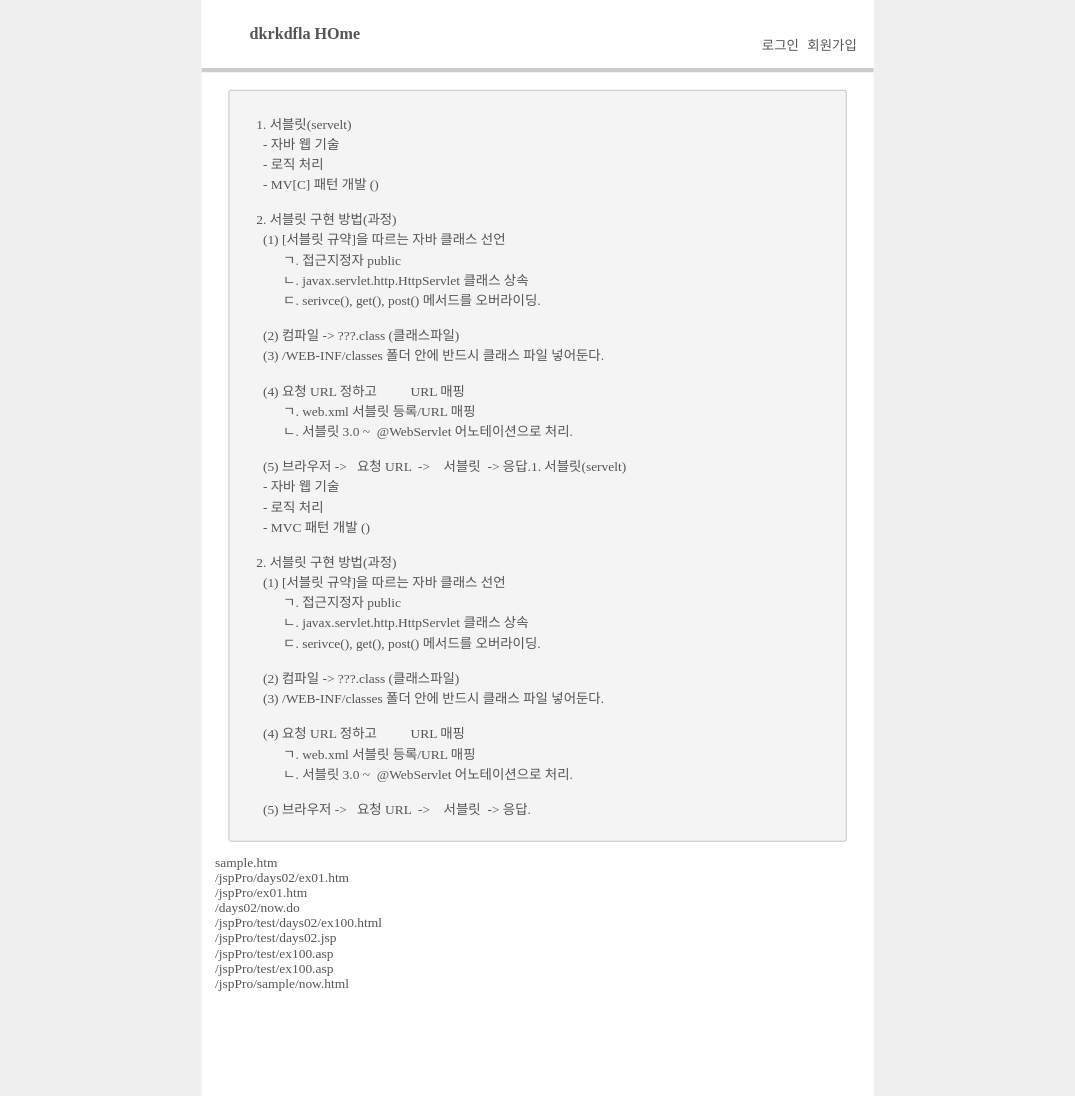
Repository: Dusajang/JSPClass
Page: http://localhost/jspPro/days02/ex03.jsp
The author's editor kept a copy of each file at every save. The page is drawn from the files as they stood at one save, then again after the next save.
The browser window is 1280 px wide. The pictures show the whole page, at 84% of full size.
Some web fonts or font styles are not loaded; a fallback is used. The page is served by Tomcat 9. Other server files are loaded and not shown.

Above is the page before, as saved 2024-10-16 07:38:53.

### jspPro/src/main/webapp/days02/ex03.jsp
<%@ page contentType="text/html; charset=UTF-8" pageEncoding="UTF-8"%>
<!DOCTYPE html>
<html>
<head>
<meta charset="UTF-8">
<title>Insert title here</title>
<link rel="shortcut icon" type="image/x-icon" href="http://localhost/jspPro/images/SiSt.ico">
<script src="https://ajax.googleapis.com/ajax/libs/jquery/3.7.1/jquery.min.js"></script>
<meta name="viewport" content="width=device-width, initial-scale=1.0">
<meta name="google" content="notranslate">
<link rel="stylesheet" href="http://localhost/jspPro/resources/cdn-main/example.css">
<script src="http://localhost/jspPro/resources/cdn-main/example.js"></script>
<style>
 span.material-symbols-outlined{
    vertical-align: text-bottom;
 }
</style>
</head>
<body>
<header>
  <h1 class="main"><a href="#" style="position: absolute;top:30px;">dkrkdfla HOme</a></h1>
  <ul>
    <li><a href="#">로그인</a></li>
    <li><a href="#">회원가입</a></li>
  </ul>
</header>
<div>
  <xmp class="code">
    1. 서블릿(servelt)
      - 자바 웹 기술
      - 로직 처리
      - MV[C] 패턴 개발 ()

    2. 서블릿 구현 방법(과정)
      (1) [서블릿 규약]을 따르는 자바 클래스 선언
            ㄱ. 접근지정자 public
            ㄴ. javax.servlet.http.HttpServlet 클래스 상속
            ㄷ. serivce(), get(), post() 메서드를 오버라이딩.

      (2) 컴파일 -> ???.class (클래스파일)
      (3) /WEB-INF/classes 폴더 안에 반드시 클래스 파일 넣어둔다.

      (4) 요청 URL 정하고          URL 매핑
            ㄱ. web.xml 서블릿 등록/URL 매핑
            ㄴ. 서블릿 3.0 ~  @WebServlet 어노테이션으로 처리.

      (5) 브라우저 ->   요청 URL  ->    서블릿  -> 응답.1. 서블릿(servelt)
      - 자바 웹 기술
      - 로직 처리
      - MVC 패턴 개발 ()

    2. 서블릿 구현 방법(과정)
      (1) [서블릿 규약]을 따르는 자바 클래스 선언
            ㄱ. 접근지정자 public
            ㄴ. javax.servlet.http.HttpServlet 클래스 상속
            ㄷ. serivce(), get(), post() 메서드를 오버라이딩.

      (2) 컴파일 -> ???.class (클래스파일)
      (3) /WEB-INF/classes 폴더 안에 반드시 클래스 파일 넣어둔다.

      (4) 요청 URL 정하고          URL 매핑
            ㄱ. web.xml 서블릿 등록/URL 매핑
            ㄴ. 서블릿 3.0 ~  @WebServlet 어노테이션으로 처리.

      (5) 브라우저 ->   요청 URL  ->    서블릿  -> 응답.
  </xmp>

  <a href="sample.htm">sample.htm</a><br>
<a href="/jspPro/days02/ex01.htm">/jspPro/days02/ex01.htm</a><br>
<a href="/jspPro/ex01.htm">/jspPro/ex01.htm</a><br>

<a href="/jspPro/days02/now.do">/days02/now.do</a><br>

<!-- <url-pattern>/test/*</url-pattern> -->
<a href="/jspPro/test/days02/ex100.html">/jspPro/test/days02/ex100.html</a><br>
<a href="/jspPro/test/days02.jsp">/jspPro/test/days02.jsp</a><br>
<a href="/jspPro/test/ex100.asp">/jspPro/test/ex100.asp</a><br>
<a href="/jspPro/test/ex100.asp">/jspPro/test/ex100.asp</a><br>

<a href="/jspPro/sample/now.html">/jspPro/sample/now.html</a><br>

<!-- [차이점]
  <url-pattern>/</url-pattern>
  <url-pattern>/*</url-pattern>
  -->

</div>
</body>
</html>

### jspPro/src/main/webapp/resources/cdn-main/example.css
@charset "UTF-8";

@import url('https://fonts.googleapis.com/css2?family=Material+Symbols+Outlined:opsz,wght,FILL,GRAD@20..48,100..700,0..1,-50..200');

@font-face {
    font-family: 'GmarketSansMedium';
    src: url('https://cdn.jsdelivr.net/gh/projectnoonnu/noonfonts_2001@1.1/GmarketSansMedium.woff') format('woff');
    font-weight: normal;
    font-style: normal;
}

:root {
	--text-color: #555;
	--sub-text-color: #777;
	--back-color: #EFEFEF;
	--header-color: #444;
	--primary-color: #DEDEDE;
	--secondary-color: #EFEFEF;
	--default-width: 800px;
	--narrow-width: 500px;
	--wide-width: 1200px;
	--text-font: 'GmarketSansMedium';
	--icon-font: 'Material Symbols Outlined';
	--border-color: #CCC;
}

html, body {
	margin: 0;
	padding: 0;
}

html {
	background-color: var(--back-color);
	display: flex;
	justify-content: center;
	min-height: 100vh;
}

body, body.default {
	width: var(--default-width);
	background-color: white;
	padding-bottom: 120px;
}

body.wide {
	width: var(--wide-width);
}

body.narrow {
	width: var(--narrow-width);
}



body, p, div, span, a, input, select, option, textarea, button, table, th, td, label, fieldset, legend {
	font-family: var(--text-font);
	color: var(--text-color);
}

h1, h2, h3 {
	font-family: var(--text-font);
	color: var(--header-color);
	padding: 0 1rem;
	padding-top: .5rem;
}

div > h1, div > h2, div > h3 {
	padding: 0;
}

body > div, body > main > div {
	padding: 0.3rem 1rem;
}


h1 { font-size: 2rem; border-bottom: 1px solid var(--border-color); }
h1 small { font-size: 1.2rem; color: var(--sub-text-color); }
h2 { font-size: 1.5rem; border-bottom: 1px dashed var(--border-color); }
h2 small { font-size: 1.1rem; color: --sub-text-color; }
h3 { font-size: 1.2rem; }
h3 small { font-size: 1rem; color: --sub-text-color; }



h1.main::before {
	font-family: var(--icon-font);
  	content: '\e666';
  	margin-right: 10px;
  	float: left;
	font-size: 2.5rem;
}

h1.sub::before {
	font-family: var(--icon-font);
  	content: '\ea19';
  	margin-right: 10px;
  	float: left;
	font-size: 2.5rem;
}


h1.page::before {
	font-family: var(--icon-font);
  	content: '\e0e0';
  	margin-right: 10px;
  	float: left;
	font-size: 2.5rem;
}

body > header > ul > li > .active{
	background-color: #FFF;
	color:#F00;
}

body > header {
	display: flex;
	justify-content: space-between;
	border-bottom: 5px solid var(--border-color);
	min-height: 74px;
	background-color: #FFF;
}

body > header.sticky {
	position: sticky;
	top: 0;
	z-index: 98;
}

body > header > h1 {
	font-size: 1.2rem;
	border: 0;
}

body > header.in > h1::before {
	font-family: var(--icon-font);
  	content: '\e332‥';
  	margin-right: 3px;
  	float: left;
	font-size: 2rem;
}


body > header > ul {
	list-style-type: none;
	display: flex;
	align-items: flex-end;
	margin-right: 10px;
}

body > header > ul > li {
	margin-right: 10px;
	cursor: pointer;
}

body > header > ul > li > a {
	cursor: pointer;
}


form {
	display: block;
}

form > div {
	padding: 0.3rem 1rem;
}

div > form > div {
	padding: 0.3rem 0;
}

input, textarea, button, select {
	border: 1px solid #BBB;
	border-radius: 3px;
	outline: none;
	resize: none;
	padding: 7px;
	margin: 0;
}

input[type=text]:read-only, textarea:read-only {
	cursor: not-allowed;
	background-color: #FFF;
}

input[type=text]:disabled, textarea:disabled {
	cursor: not-allowed;
	background-color: #EEE;
}

input[type=text], input[type=password], textarea, button, select {
	/* width: 300px; */
}

textarea {
	display: block;
	height: 100px;
}

input[type=button], input[type=submit], button {
	/* width: inherit; */
}

input.short, textarea.short, button.short, select.short {
	width: 100px;
}

input.long, textarea.long, button.long, select.long {
	width: 350px;
}

.narrow input.long, .narrow textarea.long, .narrow button.long, .narrow select.long {
	width: calc(100% - 20px);
}

input.full, textarea.full, button.full, select.full {
	width: calc(100% - 20px);
}

textarea.short {
	height: 50px;
}

textarea.long {
	height: 100px;
}

textarea.full {
	height: 200px;
}

input, textarea {
	padding-top: 8px;
}

input[type=button], input[type=submit], button {
	padding: 5px 10px;
	background-color: var(--secondary-color);
	cursor: pointer;
	min-height: 36px;
}

input[type=button].primary, input[type=submit].primary, button.primary {
	/* background-color: rgba(100, 149, 237, .2); */
	background-color: var(--primary-color);
}

input[type=button].primary:hover, input[type=submit].primary:hover, button.primary:hover {
	/* background-color: rgba(100, 149, 237, .3); */
	background-color: var(--secondary-color);
}

input[type=button]:hover, input[type=submit]:hover, button:hover {
	background-color: var(--primary-color);
}

button {
	position: relative;
	left: 0;
	top: 0;
	padding-left: 35px;
}

button .material-symbols-outlined {
	position: absolute;
	left: 10px;
	top: 4px;
}

/* k2nik add */
button.login::before {
	font-family: var(--icon-font);
  	content: '\ea77';
	position: absolute;
	left: 11px;
	top: 4px;
	font-size: 1.25rem;
}

/* k2nik logout */
button.logout::before {
	font-family: var(--icon-font);
  	content: '\e9ba';
	position: absolute;
	left: 11px;
	top: 4px;
	font-size: 1.25rem;
}

/* k2nik help */
button.help::before {
	font-family: var(--icon-font);
  	content: '\f1c0';
	position: absolute;
	left: 11px;
	top: 4px;
	font-size: 1.25rem;
}

button.add::before{
	font-family: var(--icon-font);
  	content: '\e746';
	position: absolute;
	left: 11px;
	top: 4px;
	font-size: 1.25rem;
}

button.back::before {
	font-family: var(--icon-font);
  	content: '\e166';
	position: absolute;
	left: 11px;
	top: 4px;
	font-size: 1.25rem;
}

button.list::before {
	font-family: var(--icon-font);
  	content: '\e0ee';
	position: absolute;
	left: 11px;
	top: 4px;
	font-size: 1.25rem;
}


button.del::before {
	font-family: var(--icon-font);
  	content: '\e872';
	position: absolute;
	left: 11px;
	top: 4px;
	font-size: 1.25rem;
}


button.edit::before {
	font-family: var(--icon-font);
  	content: '\e745';
	position: absolute;
	left: 11px;
	top: 4px;
	font-size: 1.25rem;
}


button.login::before {
	font-family: var(--icon-font);
  	content: '\ea77';
	position: absolute;
	left: 11px;
	top: 4px;
	font-size: 1.25rem;
}


button.logout::before {
	font-family: var(--icon-font);
  	content: '\e9ba';
	position: absolute;
	left: 11px;
	top: 4px;
	font-size: 1.25rem;
}


button.in::before {
	font-family: var(--icon-font);
  	content: '\f71a';
	position: absolute;
	left: 11px;
	top: 4px;
	font-size: 1.25rem;
}


button.out::before {
	font-family: var(--icon-font);
  	content: '\f70e';
	position: absolute;
	left: 11px;
	top: 4px;
	font-size: 1.25rem;
}


button.reply::before {
	font-family: var(--icon-font);
  	content: '\e15e';
	position: absolute;
	left: 11px;
	top: 4px;
	font-size: 1.25rem;
}


button.comment::before {
	font-family: var(--icon-font);
  	content: '\e0b9';
	position: absolute;
	left: 11px;
	top: 4px;
	font-size: 1.25rem;
}


button.modal::before {
	font-family: var(--icon-font);
  	content: '\e89e';
	position: absolute;
	left: 11px;
	top: 4px;
	font-size: 1.25rem;
}


button.ok::before {
	font-family: var(--icon-font);
  	content: '\e86c';
	position: absolute;
	left: 11px;
	top: 4px;
	font-size: 1.25rem;
}


button.cancel::before {
	font-family: var(--icon-font);
  	content: '\e5c9';
	position: absolute;
	left: 11px;
	top: 4px;
	font-size: 1.25rem;
}

button.search::before {
	font-family: var(--icon-font);
  	content: '\e8b6';
	position: absolute;
	left: 11px;
	top: 4px;
	font-size: 1.25rem;
}

button.home::before {
	font-family: var(--icon-font);
  	content: '\e88a';
	position: absolute;
	left: 11px;
	top: 4px;
	font-size: 1.25rem;
}


button.sidebar::before {
	font-family: var(--icon-font);
  	content: '\f7e4';
	position: absolute;
	left: 11px;
	top: 4px;
	font-size: 1.25rem;
}


button.sidebar-right::before {
	font-family: var(--icon-font);
  	content: '\f7e5';
	position: absolute;
	left: 11px;
	top: 4px;
	font-size: 1.25rem;
}




button::before {
	font-family: var(--icon-font);
  	content: '\e323';
	position: absolute;
	left: 11px;
	top: 4px;
	font-size: 1.25rem;
}


table {
	border-collapse: collapse;
	margin: 1rem;
	box-sizing: border-box;
	width: calc(100% - 32px);
}

table.content {
	width: auto;
}

div > table {
	margin: 0;
}

table th, table td {
	border: 1px solid var(--border-color);
	padding: 7px;
	font-weight: normal;
}

table th {
	background-color: var(--back-color);
}

table.vertical th {
	width: 150px;
}

table.vertical td {
	width: calc(100% - 182px);
	padding-left: 10px;
}

table.content td, table.content th {
	width: auto;
}

body.narrow table.vertical th {
	width: 100px;
}

body.narrow table.vertical td {
	width: calc(100% - 182px);
}


table + table {
	margin-top: 30px;
}


p {
	padding: 0 1rem;
}

a {
	text-decoration: none;
}

a:hover {
	color: rgba(255, 99, 71, .7);
}

hr {
	border: 0;
	border-top: 1px solid var(--border-color);
	margin: 2rem 0;
}

.message {
	border: 1px solid var(--border-color);
	background-color: #EFEFEF;
	margin: 1rem;
	width: auto;
	padding-top: 10px;
	padding-bottom: 10px;
	font-size: 14px;
}

.message[title]::before {
	content: attr(title);
	display: block;
	border-bottom: 1px solid var(--border-color);
	padding-bottom: 5px;
	margin-bottom: 10px;
	margin-top: 7px;
}

.message.short {
	max-width: 250px;
}

.message.long {
	max-width: 500px;
}

.badge {
	float: right;
	font-size: .8rem;
	margin-top: 2px;
	margin-right: 2px;
	text-shadow: 0 0 7px gray;
}

.badge.left {
	float: none;
	margin-left: 2px;
}

.badge.right {
	float: right;
}

.badge.red {
	border-radius: 50%;
	padding: 2px 5px;
	background-color: rgb(255, 99, 71, .3);
}

.badge.yellow {

	border-radius: 50%;
	padding: 2px 5px;
	background-color: rgb(255, 215, 0, .5);
}

.badge.blue {
	border-radius: 50%;
	padding: 2px 5px;
	background-color: rgb(100, 149, 237, .3);
}

label + label {
	margin-left: 7px;
}

label input[type=checkbox], label input[type=radio] {
	transform: translate(0, 1px);
}

.group {
	display: flex;
}

.modal-content .group {
	margin-bottom: .5rem;
}

.group label {
	border: 1px solid #BBB;
	border-radius: 3px;
	outline: none;
	resize: none;
	padding: 7px 14px;
	margin: 0;
	border-top-right-radius: 0;
	border-bottom-right-radius: 0;
	background-color: #EFEFEF;
	white-space: nowrap;
	font-size: 14px;
}

.group input[type=text] {
	margin-left: -1px;
	border-top-left-radius: 0;
	border-bottom-left-radius: 0;
}

.group select {
	margin-left: -1px;
	border-top-left-radius: 0;
	border-bottom-left-radius: 0;
}

.group input.full[type=text] {
	margin-left: -1px;
	border-top-left-radius: 0;
	border-bottom-left-radius: 0;
	width: 100%;
}

.group input[type=button]:first-child, .group button:first-child {
	border-top-left-radius: 3px;
	border-bottom-left-radius: 3px;
	margin-left: 0px;
}

.group input[type=button], .group button {
	border-radius: 0;
	margin-left: -1px;
}

.group input[type=button]:last-child, .group button:last-child {
	margin-left: -1px;
	border-top-right-radius: 3px;
	border-bottom-right-radius: 3px;
}

.seperate {
	display: flex;
	justify-content: space-between;
}

div.list {
	width: max-content;
	margin: 1rem;
	border: 1px solid #BBB;
	border-radius: 3px;
	padding: 0;
}

div.list.full {
	width: auto;
	display: block;
	margin: 1rem;
	border: 1px solid #BBB;
	border-radius: 3px;
	padding: 0;
}

div.list > div {
	padding: .5rem 1rem;
	margin: 0;
	border-bottom: 1px solid #BBB;
}

div.list > div:last-child {
	border-bottom: 0;
}

pre.code , xmp.code{
	font-family: consols;
	background-color: rgba(150, 150, 150, .1);
	border: 1px solid #BBB;
	border-radius: 3px;
	padding: .5rem 1rem;
	padding-bottom: .6rem;
	margin: 1rem;
}




*[data-modal-window] {
	position: fixed;
	background-color: rgba(0, 0, 0, .3);
	left: 0;
	top: 0;
	display: none;
	justify-content: center;
	align-items: flex-start;
	width: 100%;
	min-height: 100vh;
	z-index: 100;
	opacity: 0;
	transition: 500ms all;
}

*[data-modal-window] .modal-container {
	border-radius: 5px;
	padding: 1rem;
	padding-bottom: .5rem;
	margin-top: -500px;
	opacity: 0;
	width: 500px;
	background-color: #FFF;
	margin-right: 2rem;
	transition: 500ms all;
}

*[data-modal-size=content] .modal-container {
	width: auto;
}

*[data-modal-size=narrow] .modal-container {
	width: 300px;
}

*[data-modal-size=wide] .modal-container {
	width: 760px;
}


*[data-modal-window] .modal-header {
	border-bottom: 1px solid var(--border-color);
	padding: 2px 5px;
}

*[data-modal-window] .modal-content {
	padding: 1rem 5px;
}

*[data-modal-window] .modal-content div:last-child {
	margin-top: 1rem;
	text-align: right;
}



*[data-sidebar-window] {
	position: fixed;
	background-color: #FFF;
	left: 0;
	top: 0;
	display: block;
	width: 300px;
	border-right: 1px solid var(--border-color);
	box-sizing: border-box;
	box-shadow: 0 0 3px var(--back-color);
	min-height: 100vh;
	z-index: 99;
	transform: translate(-300px, 0);
	transition-duration: 500ms;
	transition-property: transform;
}

*[data-sidebar-direction=right] {
	left: auto;
	right: 0;
	transform: translate(300px, 0);
	border-left: 1px solid var(--border-color);
}

*[data-sidebar-size=wide] {
	width: 500px;
	transform: translate(-500px, 0);
}

*[data-sidebar-window] .sidebar-title {
	border-bottom: 1px solid var(--border-color);
	margin-top: 20px;
	margin-bottom: 20px;
	padding-bottom: 5px;
	display: flex;
	justify-content: space-between;
}

*[data-sidebar-window] .sidebar-title span:last-child {
	cursor: pointer;
}


/* K2Nik pagination */
.center {
  text-align: center;
}

.pagination {
  display: inline-block;
}

.pagination a {
  color: black;
  float: left;
  padding: 3px 6px;
  text-decoration: none;
  transition: background-color .3s;
  border: 1px solid #ddd;
  margin: 0 3px;
}

.pagination a.active {
  background-color: #4CAF50;
  color: white;
  border: 1px solid #4CAF50;
}

.pagination a:hover:not(.active) {background-color: #ddd;}

Loaded but not shown: jspPro/src/main/webapp/resources/cdn-main/example.js (141 lines, source omitted)

After the next save:
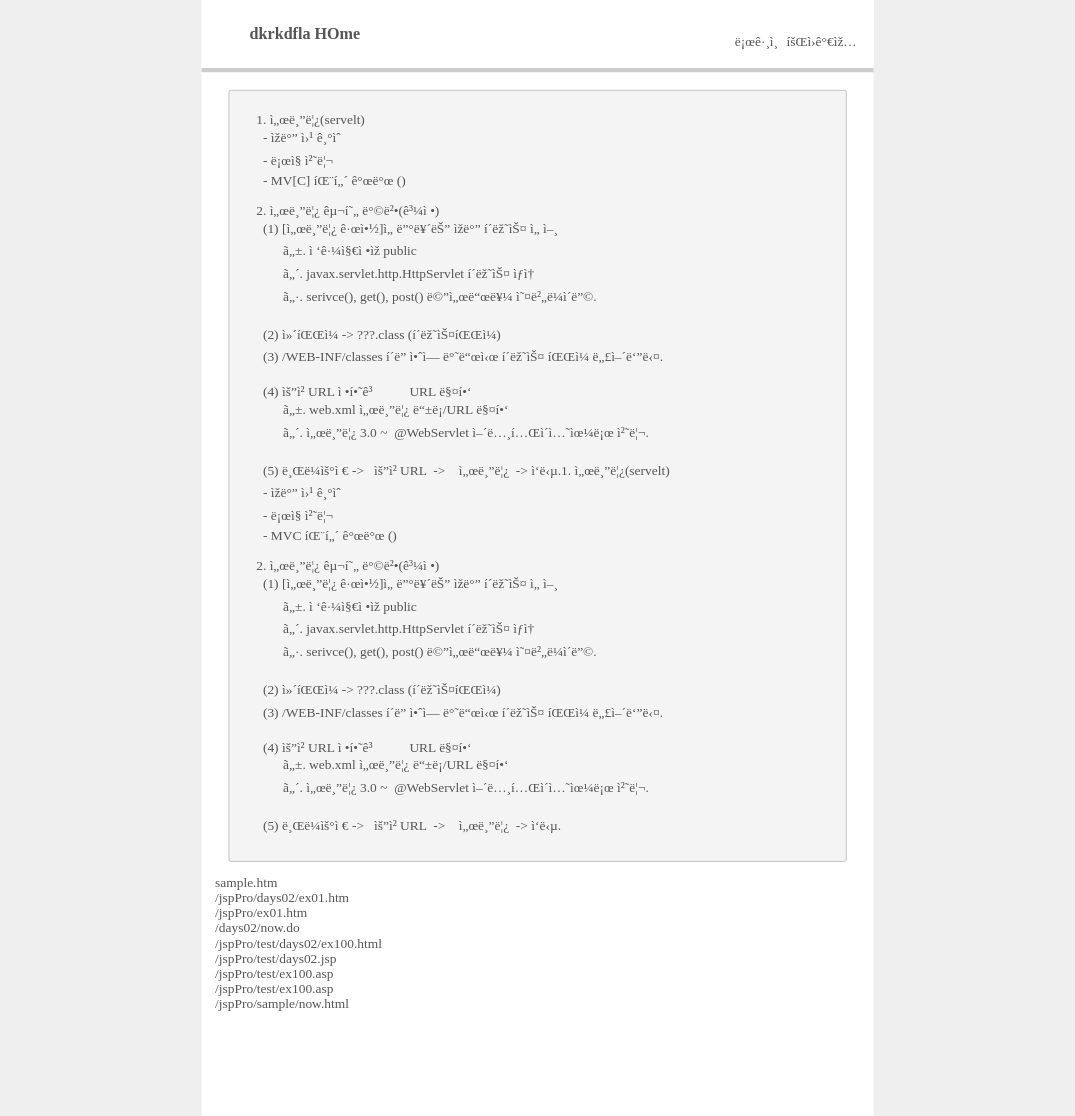
Saved 55 s later.
--- a/jspPro/src/main/webapp/days02/ex03.jsp
+++ b/jspPro/src/main/webapp/days02/ex03.jsp
@@ -1,4 +1,4 @@
-<%@ page contentType="text/html; charset=UTF-8" pageEncoding="UTF-8"%>
+<%@ page %>
 <!DOCTYPE html>
 <html>
 <head>

After the save that followed:
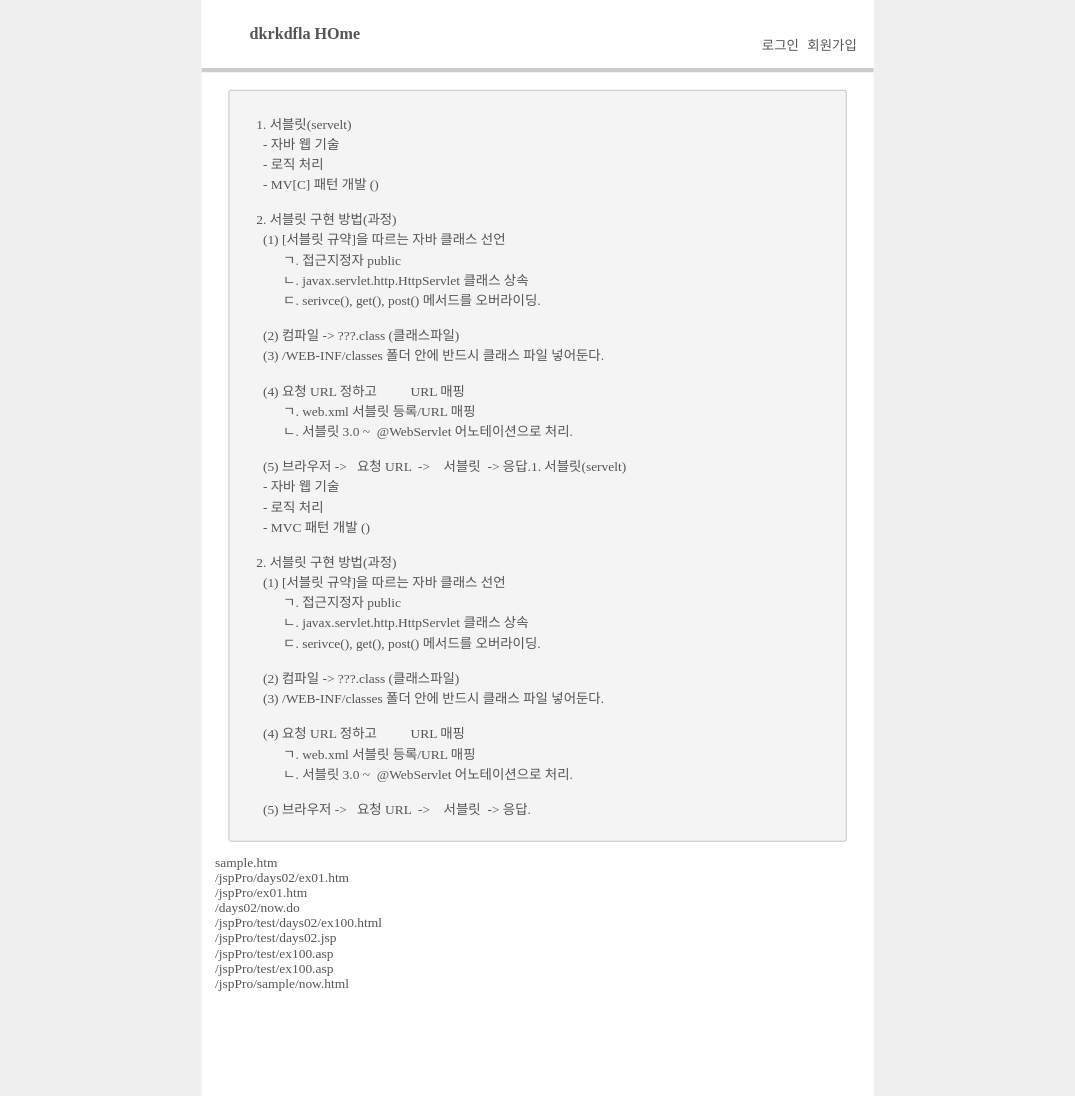
Saved 30 s later.
--- a/jspPro/src/main/webapp/days02/ex03.jsp
+++ b/jspPro/src/main/webapp/days02/ex03.jsp
@@ -1,4 +1,4 @@
-<%@ page %>
+<%@ page contentType="text/html; charset=UTF-8" pageEncoding="UTF-8"%>
 <!DOCTYPE html>
 <html>
 <head>
